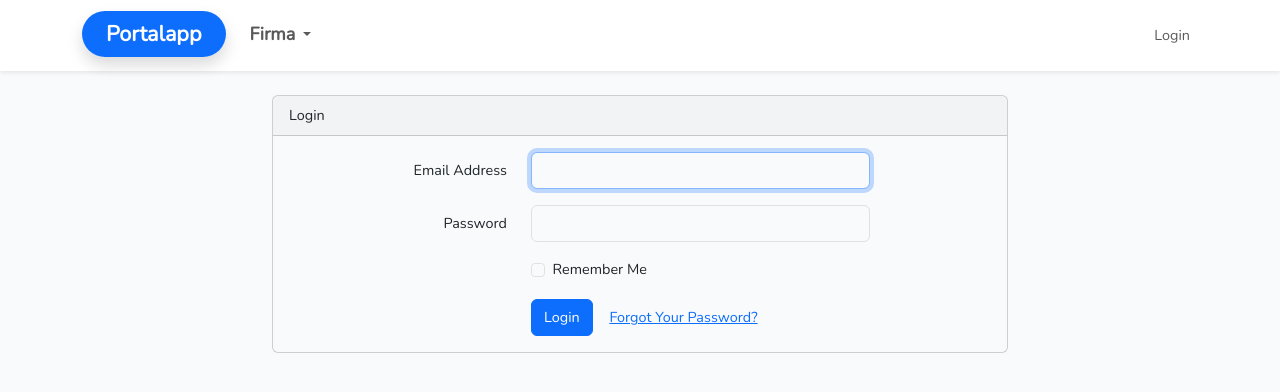
Repository: oguzhansade/portalapp
Page: http://localhost/login
These files come from the project's save history. The page is drawn as it stood at one moment and after the next save; the edit follows.
The browser window is 1280 px wide. The pictures show the whole page.
The page is served by the project's Laravel application, run on PHP 8.4 with Laravel 9. Other server files are loaded and not shown. Style sheets and scripts are compiled from the project's sources, by tool versions that may differ from the author's.

Above is the page before, as saved 2023-06-29 11:39:55.

### routes/web.php
<?php

use Illuminate\Support\Facades\Route;
use Illuminate\Support\Facades\Auth;

/*
|--------------------------------------------------------------------------
| Web Routes
|--------------------------------------------------------------------------
|
| Here is where you can register web routes for your application. These
| routes are loaded by the RouteServiceProvider within a group which
| contains the "web" middleware group. Now create something great!
|
*/
Route::get('/', function () {
    return view('welcome');
});
Route::get('/schnellanform', [App\Http\Controllers\front\formcraft\FormCraftController::class, 'handleSchnellanfrageForm'])->name('handleSchnellanfrageForm');
Route::get('/privatumzugform', [App\Http\Controllers\front\formcraft\FormCraftController::class, 'handlePrivatumzugForm'])->name('handlePrivatumzugForm');
Route::get('/kontaktform', [App\Http\Controllers\front\formcraft\FormCraftController::class, 'handleKontaktForm'])->name('handleKontaktForm');
Route::get('/reinigungform', [App\Http\Controllers\front\formcraft\FormCraftController::class, 'handleReinigungForm'])->name('handleReinigungForm');
Route::get('/firmenform', [App\Http\Controllers\front\formcraft\FormCraftController::class, 'handleFirmenForm'])->name('handleFirmenForm');
Route::get('/mailTester', [App\Http\Controllers\front\formcraft\FormCraftController::class, 'mailTester'])->name('mailTester');

Auth::routes(['register' => false]);

Route::group(['namespace' => 'front', 'middleware' => ['auth']], function () {
    Route::group(['namespace' => 'home', 'as' => 'home.'], function () {
        Route::get('/', [App\Http\Controllers\front\home\indexController::class, 'index'])->name('index');
    });
    Route::group(['namespace' => 'firma', 'as' => 'firma.','prefix' => 'firma'], function () {
        Route::get('/', [App\Http\Controllers\front\firma\indexController::class, 'index'])->name('index');
        Route::get('/create', [App\Http\Controllers\front\firma\indexController::class, 'create'])->name('create');
        Route::post('/create', [App\Http\Controllers\front\firma\indexController::class, 'store'])->name('store');
        Route::get('/detail/{id}', [App\Http\Controllers\front\firma\indexController::class, 'detail'])->name('detail');
        Route::get('/edit/{id}', [App\Http\Controllers\front\firma\indexController::class, 'edit'])->name('edit');
        Route::post('/edit/{id}', [App\Http\Controllers\front\firma\indexController::class, 'update'])->name('update');
        Route::get('/delete/{id}', [App\Http\Controllers\front\firma\indexController::class, 'delete'])->name('delete');
        Route::post('/data', [App\Http\Controllers\front\firma\indexController::class, 'data'])->name('data');
        Route::post('/recordData/{id}', [App\Http\Controllers\front\firma\indexController::class, 'recordData'])->name('recordData');
    });

    Route::group(['namespace' => 'offerList', 'as' => 'offerList.','prefix' => 'offerList'], function () {
        Route::get('/', [App\Http\Controllers\front\offerList\indexController::class, 'index'])->name('index');
        Route::post('/data', [App\Http\Controllers\front\offerList\indexController::class, 'data'])->name('data');
        Route::post('/statusChanger/{id}/{type}', [App\Http\Controllers\front\offerList\indexController::class, 'statusChanger'])->name('statusChanger');
        Route::get('/statusChanger/{id}/{type}', [App\Http\Controllers\front\offerList\indexController::class, 'statusChanger'])->name('statusChanger');
        Route::get('/detail/{id}/{type}', [App\Http\Controllers\front\offerList\indexController::class, 'detail'])->name('detail');

    });
});



Route::get('/home', [App\Http\Controllers\HomeController::class, 'index'])->name('home');

### resources/views/layouts/app.blade.php
<!doctype html>
<html lang="{{ str_replace('_', '-', app()->getLocale()) }}">
<head>
    <meta charset="utf-8">
    <meta name="viewport" content="width=device-width, initial-scale=1">

    <!-- CSRF Token -->
    <meta name="csrf-token" content="{{ csrf_token() }}">

    <title>{{ config('app.name', 'Laravel') }}</title>

    <!-- Fonts -->
    <link rel="dns-prefetch" href="//fonts.bunny.net">
    <link href="https://fonts.bunny.net/css?family=Nunito" rel="stylesheet">
    <link href="{{ asset('assets/vendors/material-icons/material-icons.css') }}" rel="stylesheet" type="text/css">
    <link href="{{ asset('assets/vendors/mono-social-icons/monosocialiconsfont.css') }}" rel="stylesheet" type="text/css">
    <link href="{{ asset('assets/vendors/feather-icons/feather.css') }}" rel="stylesheet" type="text/css">
    <style>
        .b-shadow {
            box-shadow: rgba(0, 0, 0, 0.17) 0px -23px 25px 0px inset, rgba(0, 0, 0, 0.15) 0px -36px 30px 0px inset, rgba(0, 0, 0, 0.1) 0px -79px 40px 0px inset, rgba(0, 0, 0, 0.06) 0px 2px 1px, rgba(0, 0, 0, 0.09) 0px 4px 2px, rgba(0, 0, 0, 0.09) 0px 8px 4px, rgba(0, 0, 0, 0.09) 0px 16px 8px, rgba(0, 0, 0, 0.09) 0px 32px 16px;
        }
        .custom-font {
            color: white;
            font-weight: 700;
        }
        .rounded-custom {
            border-radius: 35px;
        }
        a.dropdown-item:hover {
            background-color: #094AA9;
            color:white;
        }
    </style>
    <!-- Scripts -->
    @vite(['resources/sass/app.scss', 'resources/js/app.js'])
    @yield('header')
</head>
<body>
    <div id="app">
        <nav class="navbar navbar-expand-md navbar-light bg-white shadow-sm ">
            <div class="container py-2">
                <a class="navbar-brand" href="{{ url('/') }}">
                    <span class="h4 px-4 py-2 bg-primary text-white shadow rounded-custom"><b>{{ config('app.name', 'Laravel') }}</b></span> </span>
                </a>
                <button class="navbar-toggler" type="button" data-bs-toggle="collapse" data-bs-target="#navbarSupportedContent" aria-controls="navbarSupportedContent" aria-expanded="false" aria-label="{{ __('Toggle navigation') }}">
                    <span class="navbar-toggler-icon"></span>
                </button>

                <div class="collapse navbar-collapse " id="navbarSupportedContent">
                    <!-- Left Side Of Navbar -->
                    <ul class="navbar-nav me-auto ">
                        <li class="nav-item dropdown ml-5">
                            <a id="navbarDropdown" class="nav-link dropdown-toggle " href="#" role="button" data-bs-toggle="dropdown" aria-haspopup="true" aria-expanded="false" v-pre>
                               <strong class="h5 " style="font-weight: bolder;">Firma</strong>
                            </a>

                            <div class="dropdown-menu" aria-labelledby="navbarDropdown">
                                <a class="dropdown-item h5" href="{{ route('firma.index') }}">
                                    Firma Listesi
                                </a>
                                <a class="dropdown-item h5" href="{{ route('firma.create') }}">
                                    Firma Ekle
                                </a>
                            </div>
                        </li>
                    </ul>

                    <!-- Right Side Of Navbar -->
                    <ul class="navbar-nav ms-auto">
                        <!-- Authentication Links -->
                        @guest
                            @if (Route::has('login'))
                                <li class="nav-item">
                                    <a class="nav-link" href="{{ route('login') }}">{{ __('Login') }}</a>
                                </li>
                            @endif

                            @if (Route::has('register'))
                                <li class="nav-item">
                                    <a class="nav-link" href="{{ route('register') }}">{{ __('Register') }}</a>
                                </li>
                            @endif
                        @else
                            <li class="nav-item dropdown">
                                <a id="navbarDropdown" class="nav-link dropdown-toggle h4 px-4 py-2 bg-primary text-white b-shadow rounded-custom" href="#" role="button" data-bs-toggle="dropdown" aria-haspopup="true" aria-expanded="false" v-pre>
                                    {{ Auth::user()->name }}
                                </a>

                                <div class="dropdown-menu dropdown-menu-end" aria-labelledby="navbarDropdown">
                                    <a class="dropdown-item" href="{{ route('logout') }}"
                                       onclick="event.preventDefault();
                                                     document.getElementById('logout-form').submit();">
                                        {{ __('Logout') }}
                                    </a>

                                    <form id="logout-form" action="{{ route('logout') }}" method="POST" class="d-none">
                                        @csrf
                                    </form>
                                </div>
                            </li>
                        @endguest
                    </ul>
                </div>
            </div>
        </nav>

        <main class="py-4">
            @yield('content')
        </main>
    </div>
    <script src="https://code.jquery.com/jquery-3.6.0.min.js"></script>
    @yield('footer')
</body>
</html>

Loaded but not shown: app/Http/Controllers/Auth/ConfirmPasswordController.php (common file); app/Http/Controllers/Controller.php (common file); app/Http/Controllers/Auth/LoginController.php (common file); resources/views/auth/login.blade.php (common file); public/assets/vendors/material-icons/material-icons.css (common file); public/assets/vendors/mono-social-icons/monosocialiconsfont.css (common file); public/assets/vendors/feather-icons/feather.css (library); resources/sass/app.scss (common file); resources/sass/_variables.scss (common file)

After the next save:
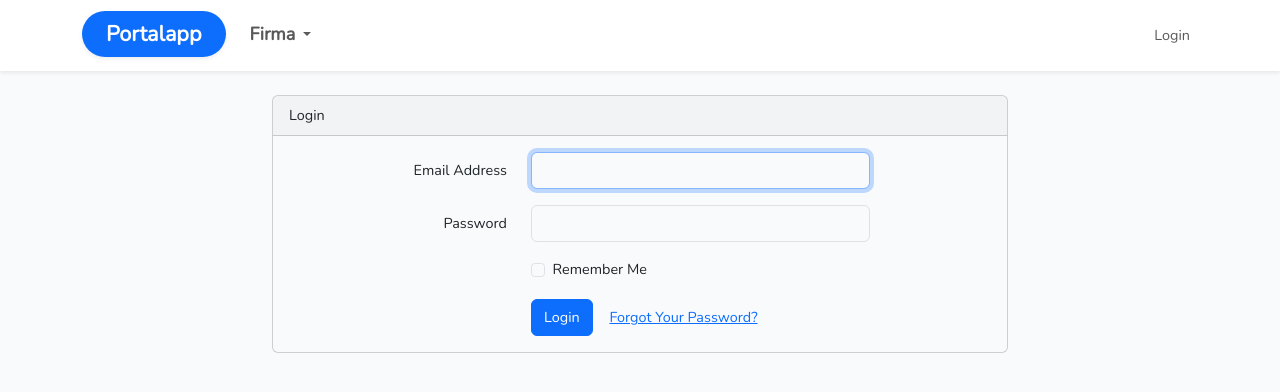
Saved 7 s later.
--- a/resources/views/layouts/app.blade.php
+++ b/resources/views/layouts/app.blade.php
@@ -40,7 +40,7 @@
         <nav class="navbar navbar-expand-md navbar-light bg-white shadow-sm ">
             <div class="container py-2">
                 <a class="navbar-brand" href="{{ url('/') }}">
-                    <span class="h4 px-4 py-2 bg-primary text-white shadow rounded-custom"><b>{{ config('app.name', 'Laravel') }}</b></span> </span>
+                    <span class="h4 px-4 py-2 bg-primary text-white shadow-sm rounded-custom"><b>{{ config('app.name', 'Laravel') }}</b></span> </span>
                 </a>
                 <button class="navbar-toggler" type="button" data-bs-toggle="collapse" data-bs-target="#navbarSupportedContent" aria-controls="navbarSupportedContent" aria-expanded="false" aria-label="{{ __('Toggle navigation') }}">
                     <span class="navbar-toggler-icon"></span>
